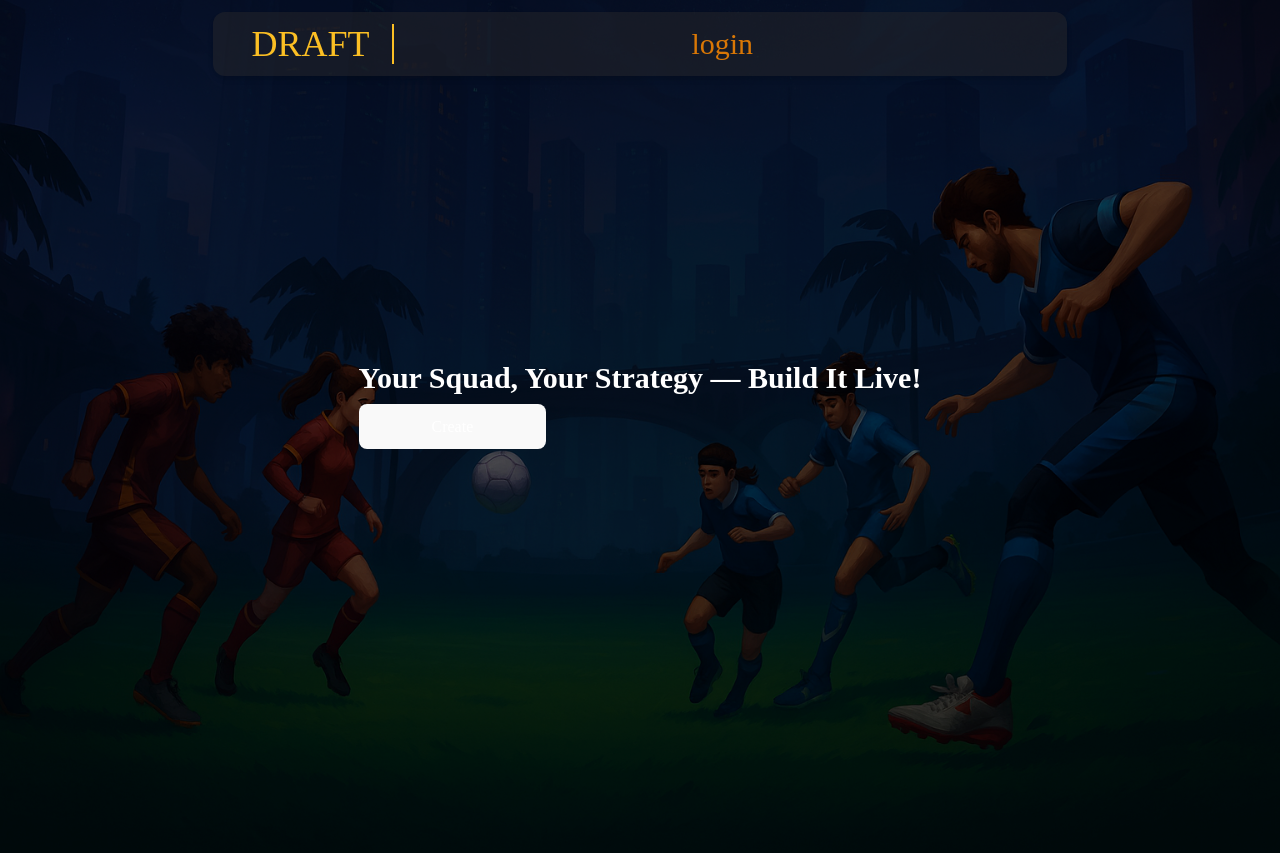
Repository: MehediMim/LeagueCrafter--Online-Auction-Platform-Project
Page: / (app in my-app/)
An editor plug-in stored every save of this project. The page is shown before and after the next save, followed by the edit.
The browser window is 1280 px wide. The pictures show the whole page.
Some web fonts or font styles are not loaded; a fallback is used. The project was rebuilt for these pictures with package versions that can differ from the ones it lists, and the page was loaded fresh each time. Also part of the build but not shown: my-app/vite.config.js, my-app/src/pages/Dashboard.jsx, my-app/src/pages/Login.jsx.

Above is the page before, as saved 2025-05-25 02:14:01.

### my-app/src/main.jsx
import { StrictMode } from 'react'
import { createRoot } from 'react-dom/client'
import React from 'react';
import ReactDOM from 'react-dom/client';
import './index.css'
import App from './App.jsx'
import { Auth0Provider } from '@auth0/auth0-react';
console.log("HELLO WORLD");
console.log('Domain:', import.meta.env.VITE_AUTH0_DOMAIN);
console.log('Client ID:', import.meta.env.VITE_AUTH0_CLIENT_ID);
console.log("HELLO WORLD");

ReactDOM.createRoot(document.getElementById('root')).render(
<React.StrictMode>
  <Auth0Provider
    domain={import.meta.env.VITE_AUTH0_DOMAIN}
    clientId={import.meta.env.VITE_AUTH0_CLIENT_ID}
    authorizationParams={{

      redirect_uri: window.location.origin,
      audience: import.meta.env.VITE_AUTH0_AUDIENCE
    }}
  >
    <App />
  </Auth0Provider>
</React.StrictMode>
);

### my-app/src/index.css
@import url('https://fonts.googleapis.com/css2?family=Bebas+Neue&display=swap');
@import url('https://fonts.googleapis.com/css2?family=Raleway:wght@400;700&display=swap');
@import url('https://fonts.googleapis.com/css2?family=Jaro&display=swap');
@import url('https://fonts.googleapis.com/css2?family=WDXL+Lubrifont+TC&display=swap');
@import url('https://fonts.googleapis.com/css2?family=Barrio&display=swap');

@tailwind base;
@tailwind components;
@tailwind utilities;



:root {
  font-family: system-ui, Avenir, Helvetica, Arial, sans-serif;
  line-height: 1.5;
  font-weight: 400;

  color-scheme: light dark;
  color: rgba(255, 255, 255, 0.87);
  background-color: #242424;

  font-synthesis: none;
  text-rendering: optimizeLegibility;
  -webkit-font-smoothing: antialiased;
  -moz-osx-font-smoothing: grayscale;
}

a {
  font-weight: 500;
  color: #646cff;
  text-decoration: inherit;
}
a:hover {
  color: #535bf2;
}

body {
  margin: 0;
  display: flex;
  place-items: center;
  min-width: 320px;
  min-height: 100vh;
}

h1 {
  font-size: 3.2em;
  line-height: 1.1;
}

button {
  border-radius: 8px;
  border: 1px solid transparent;
  padding: 0.6em 1.2em;
  font-size: 1em;
  font-weight: 500;
  font-family: inherit;
  background-color: #1a1a1a;
  cursor: pointer;
  transition: border-color 0.25s;
}
button:hover {
  border-color: #646cff;
}
button:focus,
button:focus-visible {
  outline: 4px auto -webkit-focus-ring-color;
}

@media (prefers-color-scheme: light) {
  :root {
    color: #213547;
    background-color: #ffffff;
  }
  a:hover {
    color: #747bff;
  }
  button {
    background-color: #f9f9f9;
  }
}

### my-app/src/App.jsx
import { BrowserRouter, Routes, Route } from "react-router-dom";
import Navbar from "./components/Navbar";
import Home from "./pages/Home";
import Dashboard from "./pages/Dashboard";
import Login from "./pages/Login";


export default function App() {
  return (
    <BrowserRouter>
      <Navbar />
      <Routes>
        <Route path="/" element={<Home />} />
        <Route path="/dashboard" element={<Dashboard />} />
        <Route path="/login" element={<Login />} />
        {/* <Route path="/auction" element={<AuctionRoom />} /> */}
        {/* <Route path="*" element={<NotFound />} /> */}
      </Routes>
    </BrowserRouter>
  );
}

### my-app/src/components/Navbar.jsx
import { Link } from "react-router-dom";
import { useAuth0 } from "@auth0/auth0-react";

export default function Navbar(params) {

  const { user, isAuthenticated, isLoading, loginWithRedirect, logout } = useAuth0();

  return (
    <div className="h-16 w-screen absolute top-3 z-50 flex justify-center">
      <div className="w-2/3 flex justify-center">
        <div className="bg-zinc-800 bg-opacity-50 shadow-md p-4 rounded-xl w-full flex items-center">
          {/* <div className="w-auto h-auto rounded-xl m-4 flex p-4"> */}
          <div className="w-1/4 border-r-2 border-amber-400 flex justify-center">
            <Link to="/"><h1 className="font-jaro text-4xl text-amber-400 hover:text-white">DRAFT</h1></Link>
          </div>
          <div className="w-full flex justify-evenly   items-center">
            {/* <Link to="/" className="text-amber-600 hover:text-white"><h1 className="text-3xl font-jaro">home</h1></Link> */}
            {/* <Link className="text-amber-600 hover:text-white"><h1 className="text-3xl font-jaro">registrations</h1></Link> */}
            {!isAuthenticated && <Link to="/login" className="text-amber-600 hover:text-white"><h1 className="text-3xl  font-jaro">login</h1></Link>}
            {isAuthenticated && <Link to="/dashboard" className="text-amber-600 hover:text-white"><h1 className="text-3xl  font-jaro">dashboard</h1></Link>}

          </div>
          {/* </div> */}
        </div>
        {isAuthenticated && <div className=" h-16 w-16  ml-3 group cursor-pointer relative">


          <div className="rounded-full border-amber-600 border-4 h-16 w-16">
            <img src={user.picture} className="rounded-full"></img>
          </div>

          <div className="absolute top-10 left-36 -translate-x-1/2  bg-zinc-800 text-white rounded-xl p-4 shadow-lg hidden group-hover:block z-50">
            <p className="text-lg font-bold font-raleway text-left">{user.name}</p>
            <p className="text-lg  font-kanit text-center font-raleway">{user.email}</p>
            <button
              onClick={() => logout({ returnTo: window.location.origin })}
              className="mt-3 w-full px-4 py-2 text-smbg rounded hover:bg-white  hover:text-black transition font-kanit"
            >
              Logout
            </button>
          </div>


        </div>
        }
      </div>
    </div>
  )
};

### my-app/src/pages/Home.jsx
import bg from "../assets/bg1.png"
export default function Home(params) {
    return (
        <div>
            <div className="w-screen h-auto absolute top-0 left-0 z-0 overflow-hidden">
                <div className="w-full overflow-hidden h-full bg-black absolute opacity-55">

                </div>
                <div>
                    <img src={bg} className="w-full "></img>
                </div>
            </div>
            <div className="flex justify-center items-center w-screen absolute">
                <div className="justify-start flex flex-col">
                    <div>
                        <h1 className="text-3xl font-barrio text-white font-bold">Your Squad, Your Strategy — Build It Live!</h1>
                    </div>
                    <div className="flex justify-start pt-2 ">
                        <button className="font-jaro w-1/3 text-white hover:bg-white hover:text-black">Create</button>
                    </div>
                </div>
            </div>
        </div>
    )
};

### my-app/tailwind.config.js
/** @type {import('tailwindcss').Config} */
export default {
  content: [
    "./index.html",
    "./src/**/*.{js,ts,jsx,tsx}",
  ],
  theme: {
    extend: {
      fontFamily: {
        bebas: ['"Bebas Neue"', 'cursive'],
        raleway: ['Raleway', 'sans-serif'],
        jaro: ['Jaro', 'cursive'],
        lubrifont: ['Lubrifont', 'sans-serif'],
        barrio: ['Barrio', 'normal'],
      },
    },
  },
  plugins: [],
}

Loaded but not shown: my-app/index.html (common file)

After the next save:
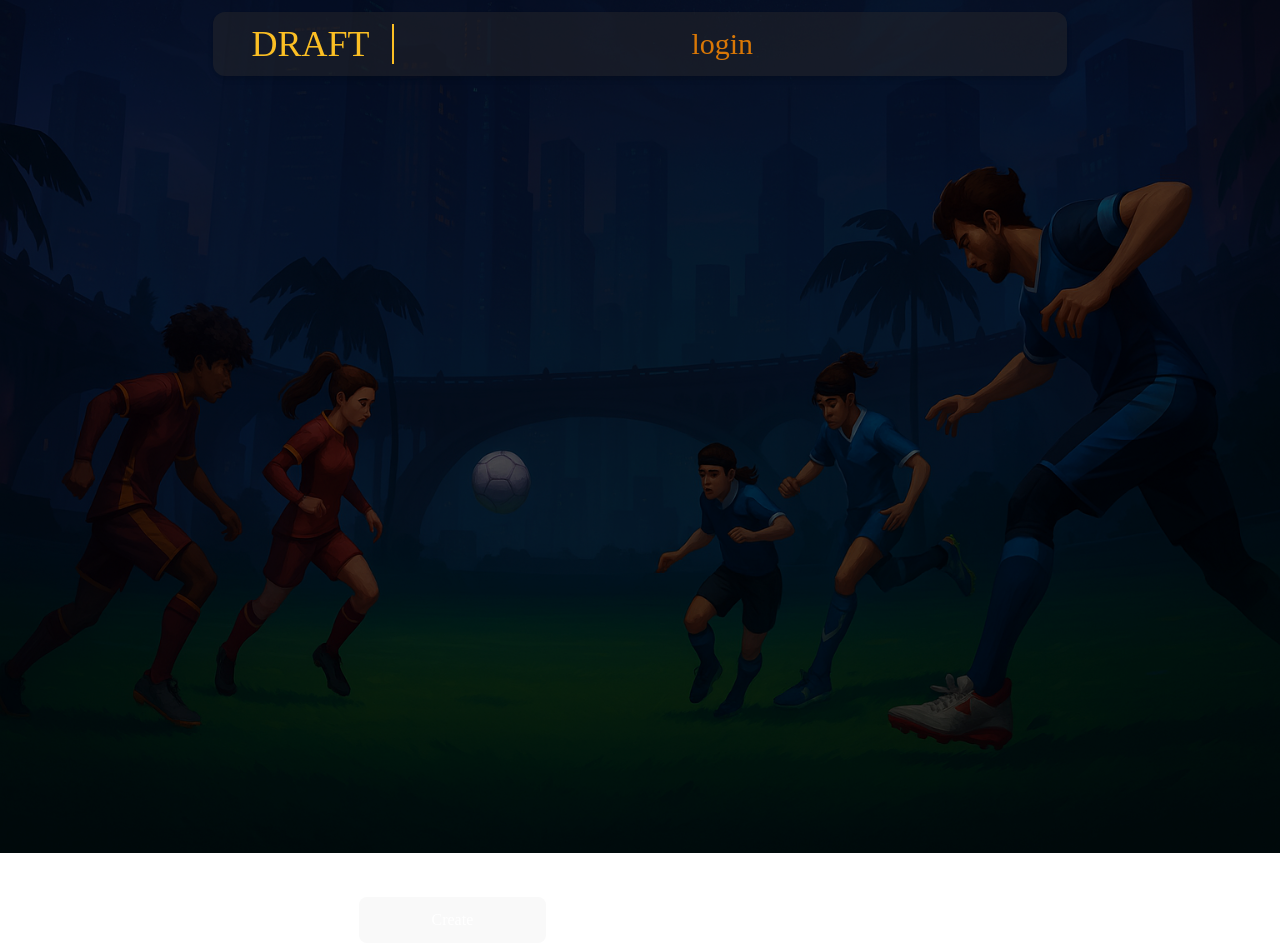
Saved 25 s later.
--- a/my-app/src/pages/Home.jsx
+++ b/my-app/src/pages/Home.jsx
@@ -2,7 +2,7 @@ import bg from "../assets/bg1.png"
 export default function Home(params) {
     return (
         <div>
-            <div className="w-screen h-auto absolute top-0 left-0 z-0 overflow-hidden">
+            <div className="w-screen h-auto relative top-0 left-0 z-0 overflow-hidden">
                 <div className="w-full overflow-hidden h-full bg-black absolute opacity-55">
 
                 </div>
